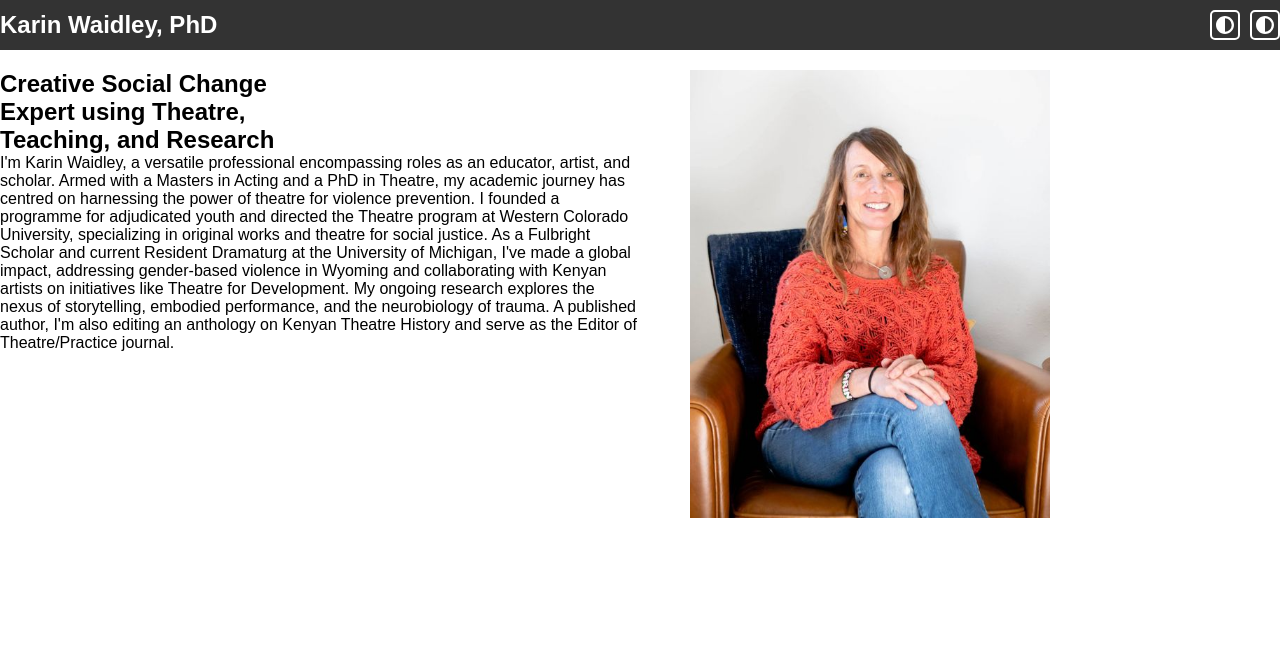
Repository: Ceasor7/Karin
Page: index.html
The author's editor kept a copy of each file at every save. The page is drawn from the files as they stood at one save, then again after the next save.
The browser window is 1280 px wide. The pictures show the whole page.

Above is the page before, as saved 2023-12-14 11:30:39.

### index.html
<!DOCTYPE html>
<html lang="en">

<head>
    <meta charset="UTF-8">
    <meta name="viewport" content="width=device-width, initial-scale=1.0">
    <title>Karin Waidley, PhD</title>
</head>

<style>
    /* Resetting some default styles for better consistency */
    body,
    h1,
    h2,
    h3,
    p,
    ul,
    li {
        margin: 0;
        padding: 0;
        list-style: none;
    }

    /* Global styles */
    body {
        font-family: Arial, sans-serif;
    }

    /* Navbar styles */
    header {
        background-color: #333;
        color: white;
        padding: 10px 0;
    }

    .navbar {
        display: flex;
        justify-content: space-between;
        align-items: center;
    }

    .navbar-logo {
        font-size: 1.5em;
        font-weight: bold;
    }

    .navbar-icons {
        display: flex;
        gap: 10px;
    }

    .dark-mode-toggle {
        color: var(--secondary-color);
        border: 2px solid currentColor;
        padding: 4px;
        background: transparent;
        cursor: pointer;
        border-radius: 5px;
        width: 30px;
        height: 30px;
    }

    /* Main content styles */
    section {
        margin-top: 20px;
    }

    /* Equal-width columns with text and image */
    .content-container {
        display: flex;
        gap: 50px;
    }

    .text-column {
        width: 50%;
    }

    .image-column img {
        width: 70%;
        height: auto;
    }
</style>

<body>
    <header>
        <div class="navbar">
            <div class="navbar-logo">Karin Waidley, PhD</div>
            <div class="navbar-icons">
                <button id="dark-mode-toggle" class="dark-mode-toggle">
                    <svg width="100%" xmlns="http://www.w3.org/2000/svg" viewBox="0 0 496 496">
                        <path fill="currentColor"
                            d="M8,256C8,393,119,504,256,504S504,393,504,256,393,8,256,8,8,119,8,256ZM256,440V72a184,184,0,0,1,0,368Z"
                            transform="translate(-8 -8)" />
                    </svg>
                </button>
                <button id="dark-mode-toggle" class="dark-mode-toggle">
                    <svg width="100%" xmlns="http://www.w3.org/2000/svg" viewBox="0 0 496 496">
                        <path fill="currentColor"
                            d="M8,256C8,393,119,504,256,504S504,393,504,256,393,8,256,8,8,119,8,256ZM256,440V72a184,184,0,0,1,0,368Z"
                            transform="translate(-8 -8)" />
                    </svg>
                </button>
            </div>
        </div>
    </header>

    <section class="content-container">
        <div class="text-column">
            <h2>Creative Social Change<br> Expert using Theatre, <br>Teaching, and Research</h2>
            <p>I'm Karin Waidley, a versatile professional encompassing roles as an educator, artist, and scholar. Armed
                with a Masters in Acting and a PhD in Theatre, my academic journey has centred on harnessing the power
                of theatre for violence prevention. I founded a programme for adjudicated youth and directed the Theatre
                program at Western Colorado University, specializing in original works and theatre for social justice.
                As a Fulbright Scholar and current Resident Dramaturg at the University of Michigan, I've made a global
                impact, addressing gender-based violence in Wyoming and collaborating with Kenyan artists on initiatives
                like Theatre for Development. My ongoing research explores the nexus of storytelling, embodied
                performance, and the neurobiology of trauma. A published author, I'm also editing an anthology on Kenyan
                Theatre History and serve as the Editor of Theatre/Practice journal.</p>
        </div>
        <div class="image-column">
            <img src="images/Karin.jpeg" alt="Karin Waidley">
        </div>
    </section>

</body>

</html>

After the next save:
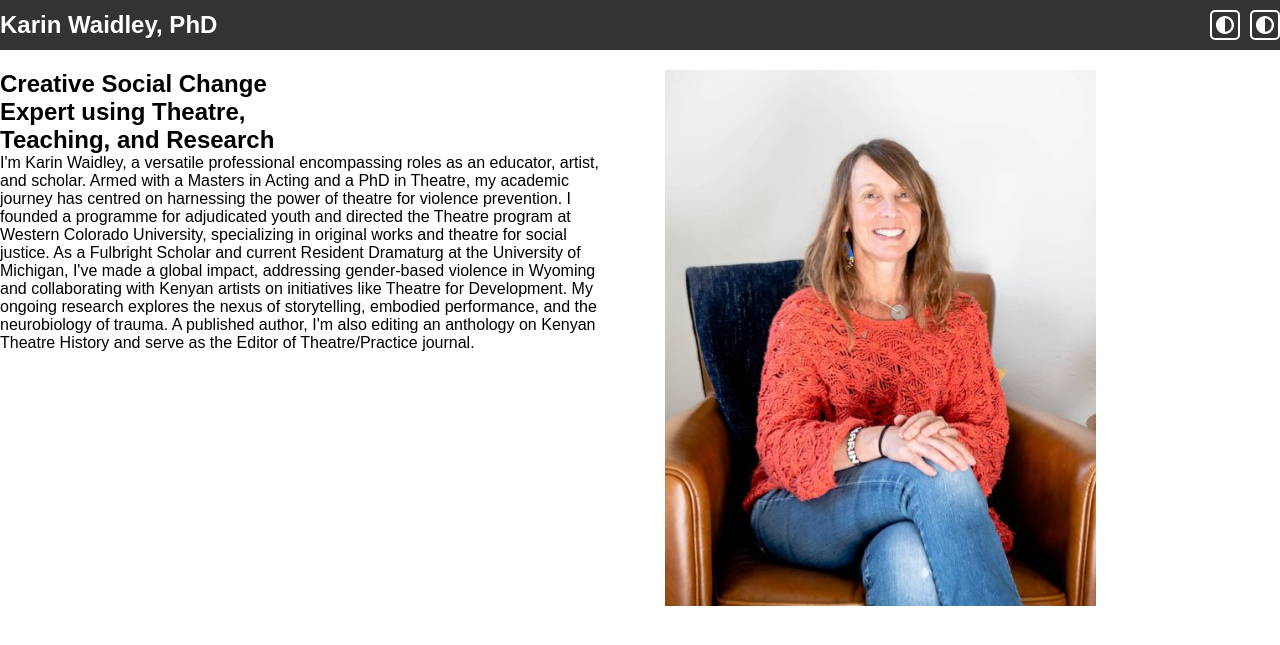
Saved 56 s later.
--- a/index.html
+++ b/index.html
@@ -75,6 +75,10 @@
         width: 50%;
     }
 
+    .image-column {
+        width: 50%;
+    }
+
     .image-column img {
         width: 70%;
         height: auto;
